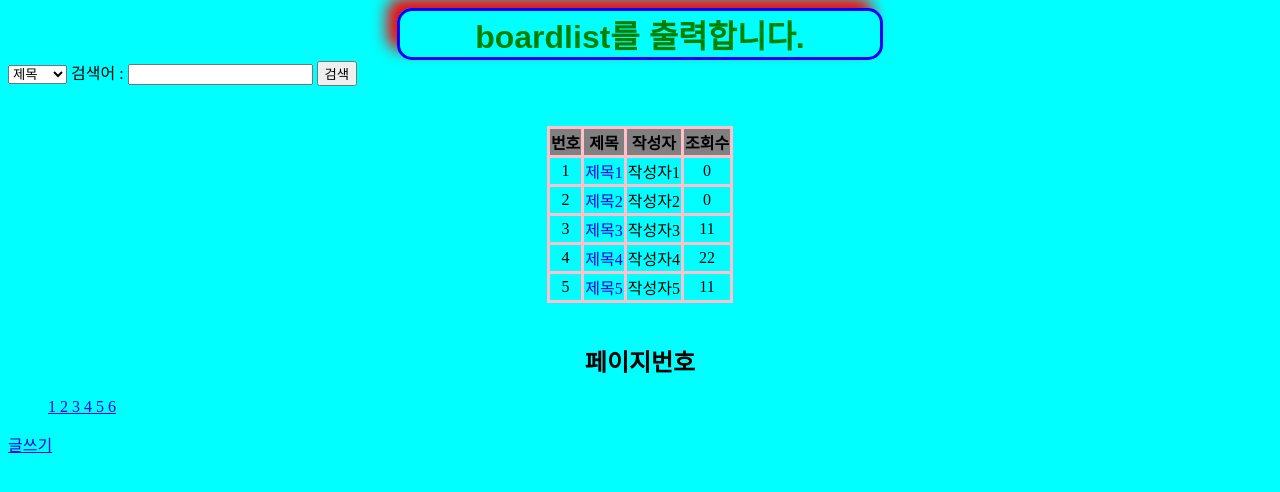
Repository: Kray273/JSLab
Page: css/src/main/webapp/Day97/boardlist.html
The author's editor kept a copy of each file at every save. The page is drawn from the files as they stood at one save, then again after the next save.
The browser window is 1280 px wide. The pictures show the whole page.

Above is the page before, as saved 2022-11-25 09:06:07.

After the next save:
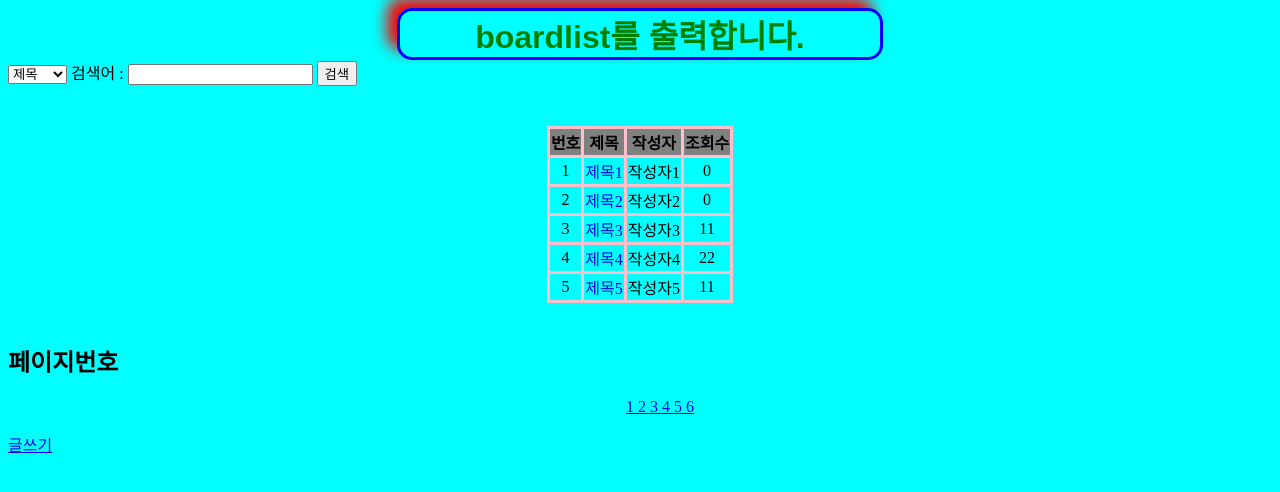
Saved 7 s later.
--- a/css/src/main/webapp/Day97/boardlist.html
+++ b/css/src/main/webapp/Day97/boardlist.html
@@ -32,9 +32,9 @@
 	}
 
 	#num {
-		text-align: center;
 	}
 	#pagenum {
+		text-align: center;
 		margin : auto;
 	}
 	#pagenum li{
